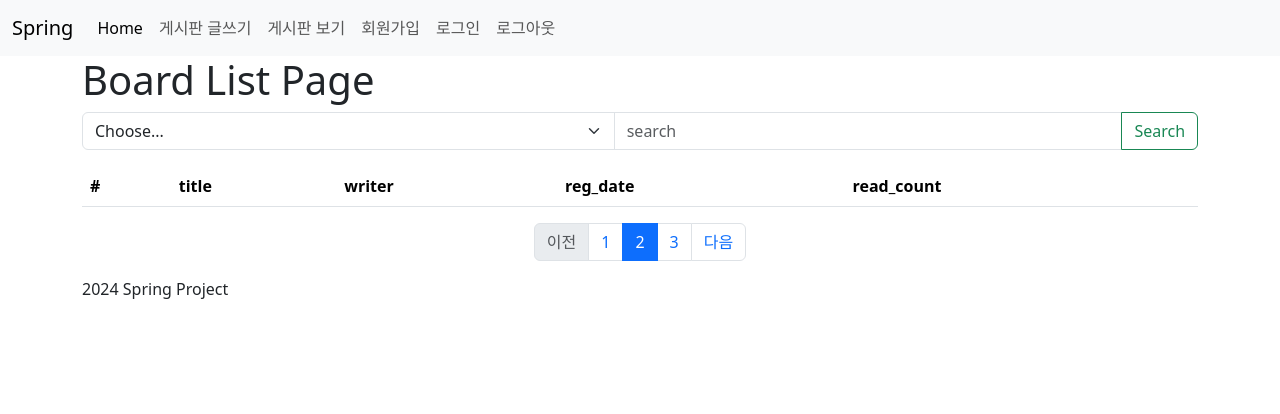
Repository: havanara/240423_SPRING_Project
Page: http://localhost/spring_study/WEB-INF/views/board/list.jsp
An editor plug-in stored every save of this project. The page is shown before and after a run of saves, followed by the edit.
The browser window is 1280 px wide. The pictures show the whole page.
The page is served by Tomcat 9. Nobody is signed in. The template is opened directly, without the code that normally fills it, so the values that code supplies are empty.

Above is the page before, as saved 2024-04-24 08:45:57.

After the next 2 saves:
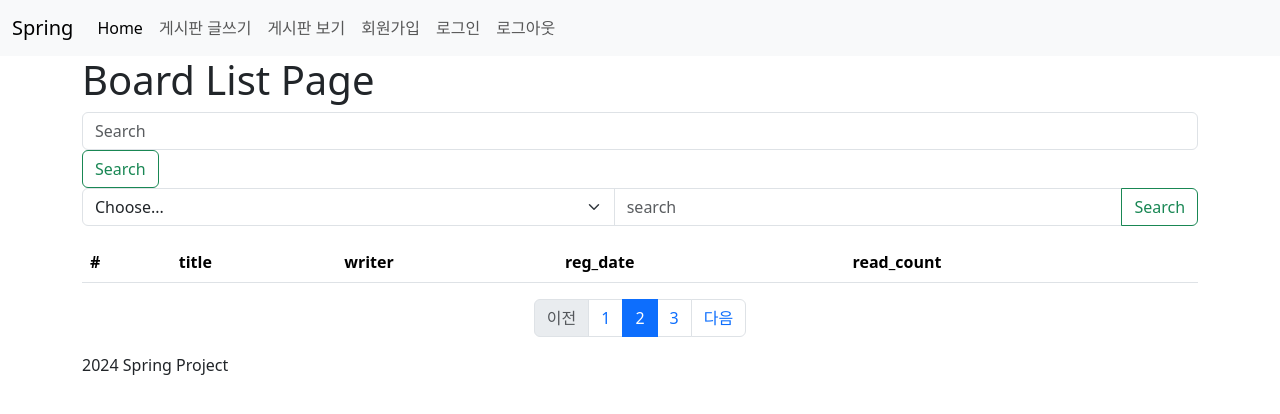
The 2 saves are shown as one change because they came seconds apart.
The last was saved 9 s later.
--- a/spring_study/src/main/webapp/WEB-INF/views/board/list.jsp
+++ b/spring_study/src/main/webapp/WEB-INF/views/board/list.jsp
@@ -9,6 +9,10 @@
 
 	<!-- 검색 라인 -->
 	<form action="">
+	<form class="d-flex" role="search">
+	<input class="form-control me-2" type="search" placeholder="Search" aria-label="Search">
+	<button class="btn btn-outline-success" type="submit">Search</button>
+      </form>
 		<div class="input-group mb-3">
 			<select class="form-select" aria-label="Default select example">
 			  <option selected>Choose...</option>
@@ -17,7 +21,7 @@
 			  <option value="content">content</option>
 			</select>
 			<input class="form-control" type="text" placeholder="search" aria-label="default input example">
-			<button class="btn btn-outline-success" type="submit">Search</button>
+	<button class="btn btn-outline-success" type="submit">Search</button>
 		</div>
 	</form>
 
